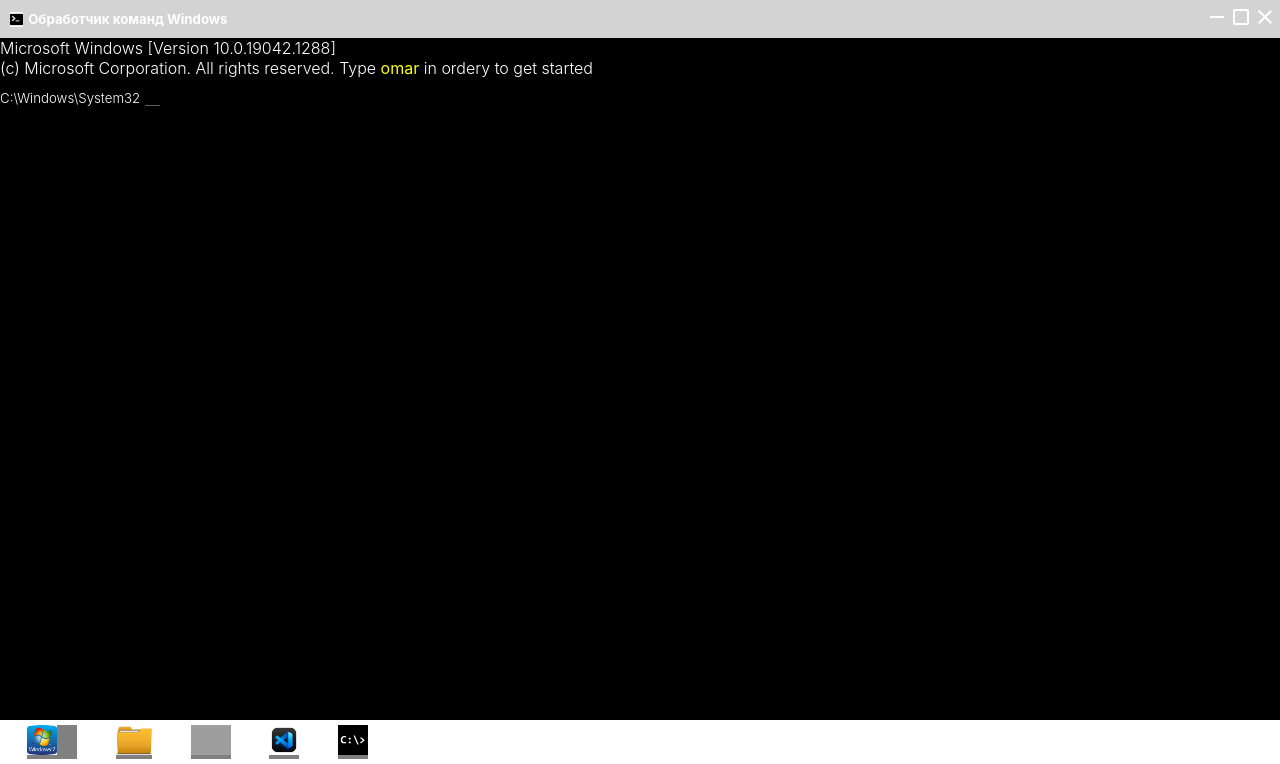
Repository: om1ars/cmd-port
Page: /
The author's editor kept a copy of each file at every save. The page is drawn from the files as they stood at one save, then again after a run of saves.
The browser window is 1280 px wide. The pictures show the whole page.
The pointer rests on the first visible `.icons`.
Pictures or frames that could not be fetched are drawn as grey boxes. The project was rebuilt for these pictures with package versions that can differ from the ones it lists, and the page was loaded fresh each time.

Above is the page before, as saved 2021-11-04 17:07:21.

After the next 2 saves:
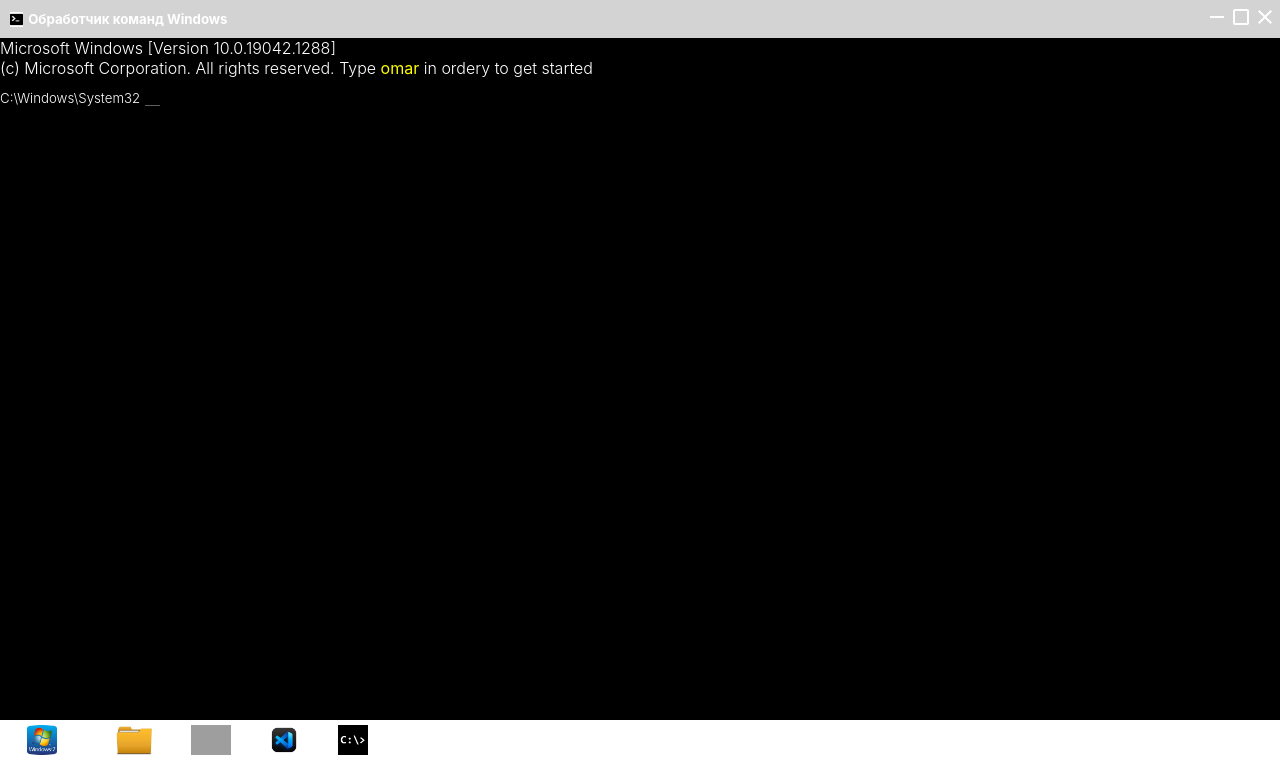
The 2 saves are shown as one change because they came seconds apart.
The last was saved 20 s later.
--- a/src/styles.css
+++ b/src/styles.css
@@ -105,7 +105,7 @@
   object-fit: contain;
   cursor: pointer;
 }
-.icons:hover > div {
+.icons > div:hover  {
   background-color: gray;
 }
 .windows {
